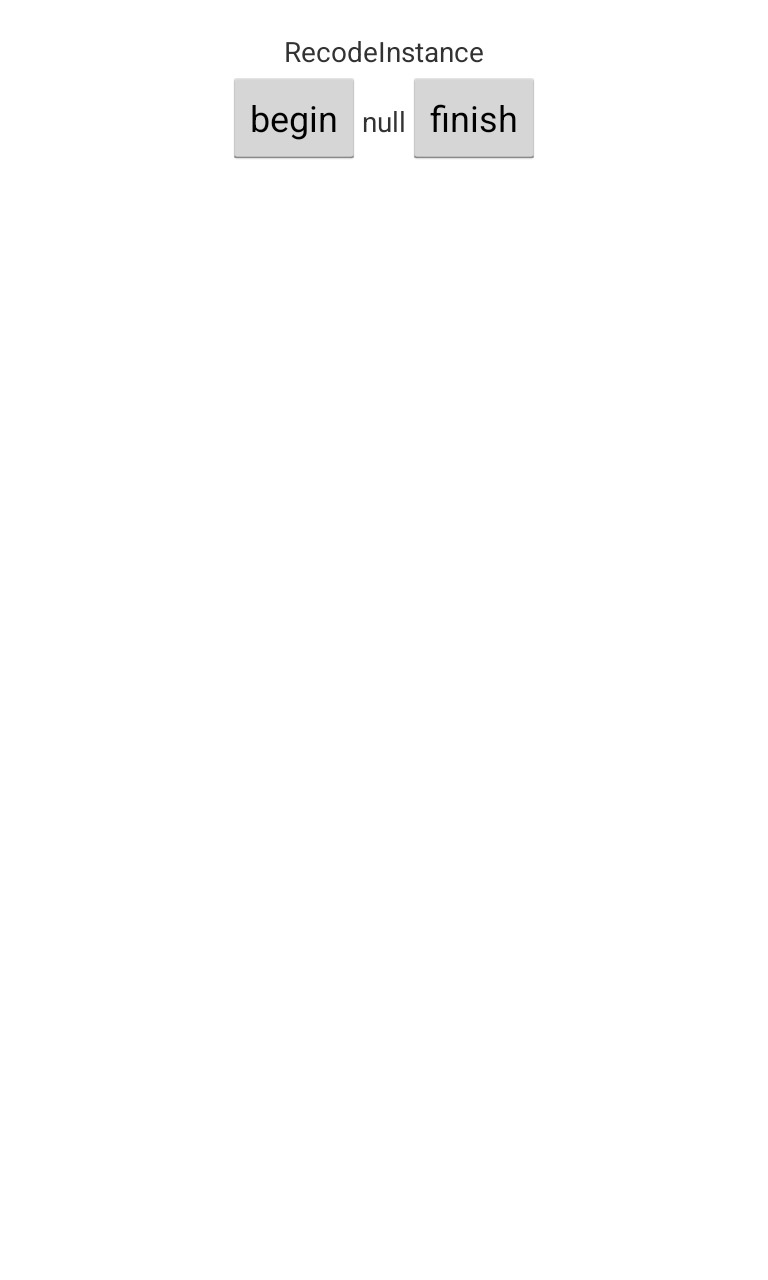
Repository: ShigerD/AndroidSample
Layout: Sample/Sample13/Sample13_5/Recode/res/layout/activity_main.xml
These files come from the project's save history. The layout is drawn as it stood at one moment and after the next save; the edit follows.
It is drawn on a 768 x 1280 px phone screen (xhdpi) without system bars, with theme AppTheme; the app's code is not run.

Above is the layout before, as saved 2016-08-18 07:56:36.

### Sample/Sample13/Sample13_5/Recode/res/layout/activity_main.xml
<RelativeLayout xmlns:android="http://schemas.android.com/apk/res/android"
    xmlns:tools="http://schemas.android.com/tools"
    android:layout_width="match_parent"
    android:layout_height="match_parent"
    android:paddingBottom="@dimen/activity_vertical_margin"
    android:paddingLeft="@dimen/activity_horizontal_margin"
    android:paddingRight="@dimen/activity_horizontal_margin"
    android:paddingTop="@dimen/activity_vertical_margin"
    tools:context="com.example.recode.MainActivity" >

    <LinearLayout
        android:layout_width="match_parent"
        android:layout_height="match_parent"
        android:layout_alignParentBottom="true"
        android:layout_centerHorizontal="true"
        android:orientation="vertical" >

        <TextView
            android:layout_width="wrap_content"
            android:layout_height="wrap_content"
            android:layout_gravity="center_horizontal"
            android:text="@string/title" />

        <LinearLayout
            android:layout_width="match_parent"
            android:layout_height="match_parent"
            android:gravity="center_horizontal" >

            <Button
                android:id="@+id/start"
                android:layout_width="wrap_content"
                android:layout_height="wrap_content"
                android:text="@string/start" />

            <TextView
                android:id="@+id/textView1"
                android:layout_width="wrap_content"
                android:layout_height="wrap_content"
                android:text="@string/state" />

            <Button
                android:id="@+id/stop"
                android:layout_width="wrap_content"
                android:layout_height="wrap_content"
                android:text="@string/stop" />

        </LinearLayout>

    </LinearLayout>

</RelativeLayout>

### Sample/Sample13/Sample13_5/Recode/res/values/strings.xml
<?xml version="1.0" encoding="utf-8"?>
<resources>

    <string name="app_name">Recode</string>
    <string name="hello_world">Hello world!</string>
    <string name="action_settings">Settings</string>
    <string name="title">RecodeInstance</string>
    <string name="start">begin</string>
    <string name="stop">finish</string>
    <string name="state">null</string>

</resources>

Loaded but not shown: Sample/Sample13/Sample13_5/Recode/res/values/styles.xml (common file); Sample/Sample13/Sample13_5/Recode/res/values-v11/styles.xml (common file); Sample/Sample13/Sample13_5/Recode/res/values-v14/styles.xml (common file); Sample/Sample13/Sample13_5/Recode/res/values/dimens.xml (common file); Sample/Sample13/Sample13_5/Recode/res/values-w820dp/dimens.xml (common file)

After the next save:
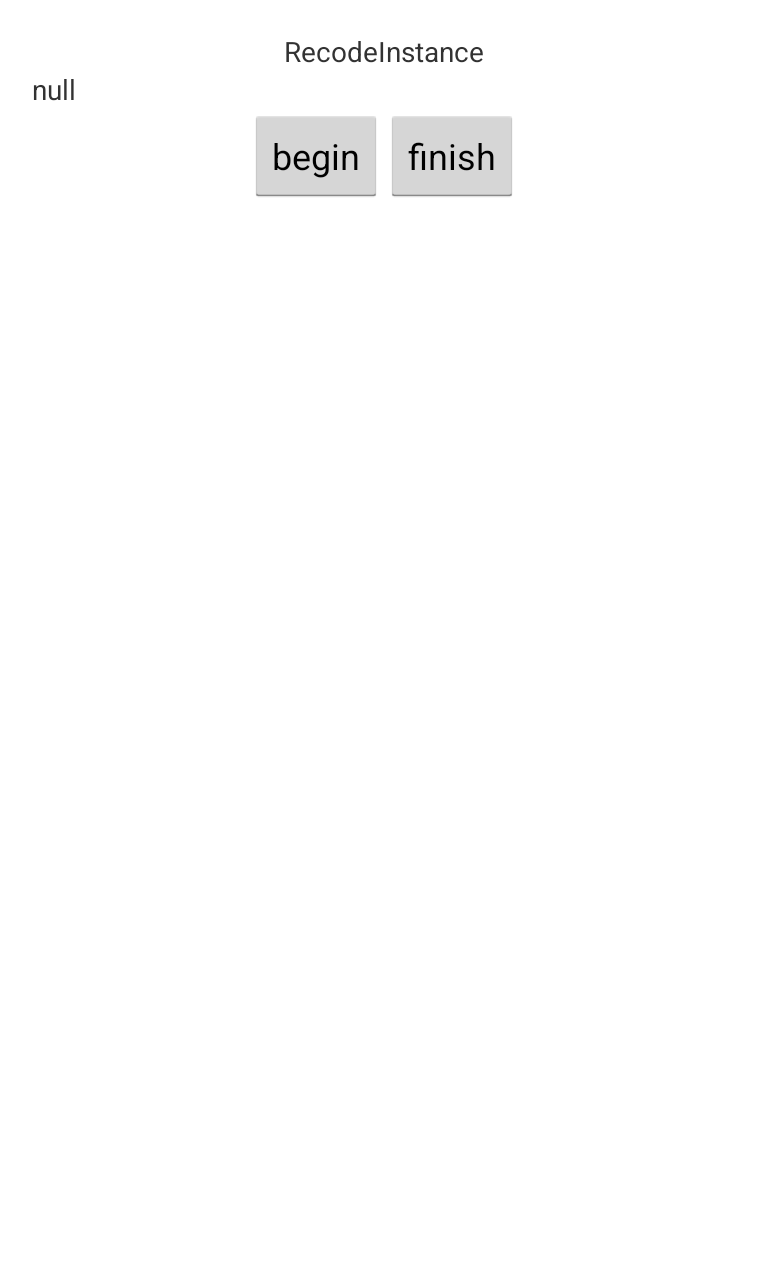
Saved 63 s later.
--- a/Sample/Sample13/Sample13_5/Recode/res/layout/activity_main.xml
+++ b/Sample/Sample13/Sample13_5/Recode/res/layout/activity_main.xml
@@ -21,6 +21,12 @@
             android:layout_gravity="center_horizontal"
             android:text="@string/title" />
 
+        <TextView
+            android:id="@+id/textView1"
+            android:layout_width="wrap_content"
+            android:layout_height="wrap_content"
+            android:text="@string/state" />
+
         <LinearLayout
             android:layout_width="match_parent"
             android:layout_height="match_parent"
@@ -31,12 +37,6 @@
                 android:layout_width="wrap_content"
                 android:layout_height="wrap_content"
                 android:text="@string/start" />
-
-            <TextView
-                android:id="@+id/textView1"
-                android:layout_width="wrap_content"
-                android:layout_height="wrap_content"
-                android:text="@string/state" />
 
             <Button
                 android:id="@+id/stop"
